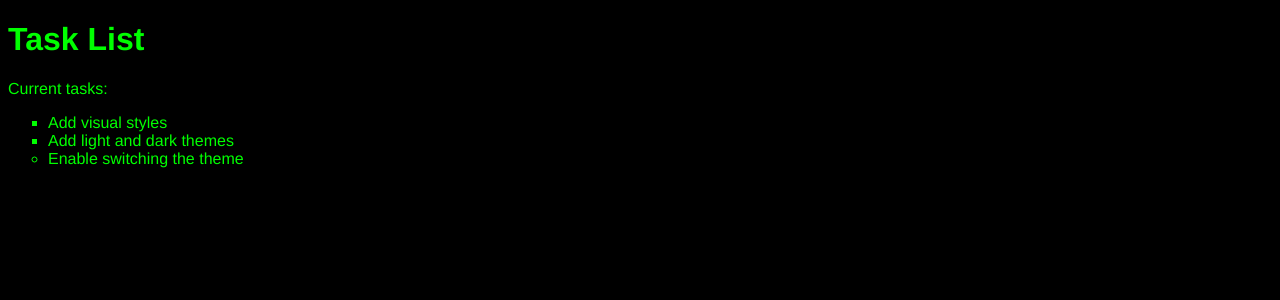
Repository: MaggieMengXingchen/Class-4
Page: index.html
These files come from the project's save history. The page is drawn as it stood at one moment and after the next save; the edit follows.
The browser window is 1280 px wide. The pictures show the whole page.

Above is the page before, as saved 2024-02-14 13:48:01.

### index.html
<!DOCTYPE html>
<html lang="en">
<head>
    <meta charset="UTF-8">
    <meta name="viewport" content="width=device-width, initial-scale=1.0">
    <title>Document</title>
    <Link rel="stylesheet" href="main.css">
</head>
<body class="dark-theme">
    <h1>Task List</h1>
    <p id="msg">Current tasks:</p>
    <ul>
    <li class="list">Add visual styles</li>
    <li class="list">Add light and dark themes</li>
    <li>Enable switching the theme</li>
</ul>
</body>
</html>

### main.css
:root {
--green: #00FF00;
--white: #FFFFFF;
--black: #000000;
}
body {
background: var(--bg);
color: var(--fontColor);
font-family: helvetica;
}
/*将所有无序列表（<ul>标签）的字体设置为Helvetica字体*/
li {
list-style: circle;
}
.list {
list-style: square;
}
.light-theme {
--bg: var(--green);
--fontColor: var(--black);
}
.dark-theme {
--bg: var(--black);
--fontColor: var(--green);
}

After the next save:
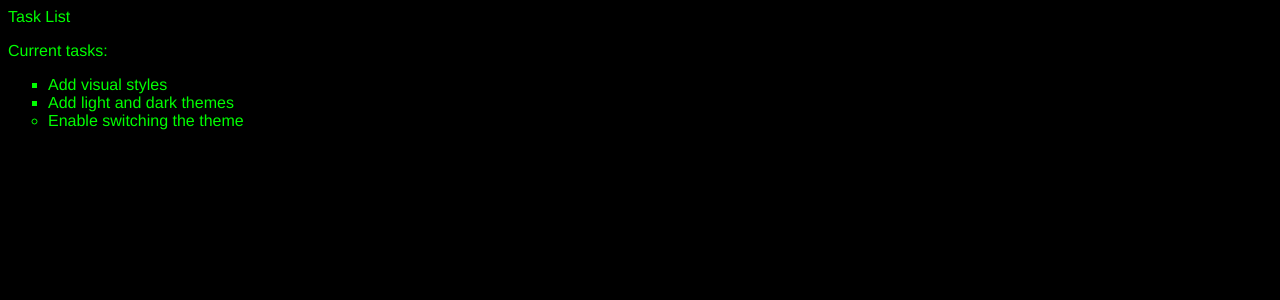
Saved 18 s later.
--- a/index.html
+++ b/index.html
@@ -6,7 +6,7 @@
     <title>Document</title>
     <Link rel="stylesheet" href="main.css">
 </head>
-<body class="dark-theme">
+<body class="dark-theme"><!
     <h1>Task List</h1>
     <p id="msg">Current tasks:</p>
     <ul>

After the save that followed:
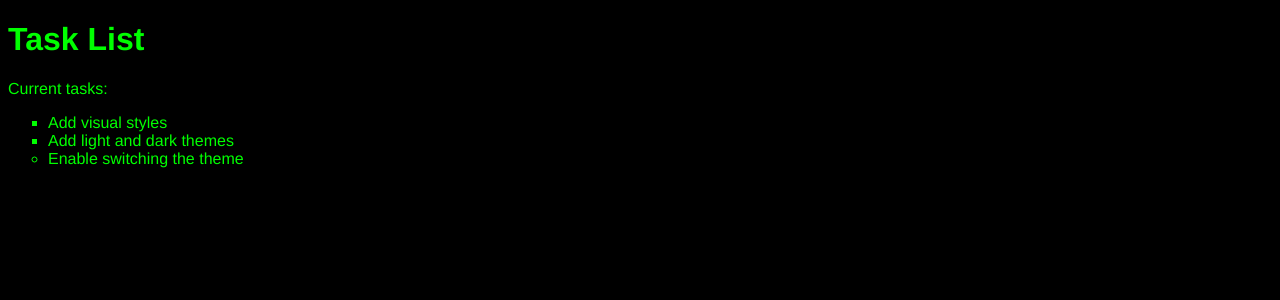
Saved 8 s later.
--- a/index.html
+++ b/index.html
@@ -6,7 +6,7 @@
     <title>Document</title>
     <Link rel="stylesheet" href="main.css">
 </head>
-<body class="dark-theme"><!
+<body class="dark-theme"><!-- Add the class name here -->
     <h1>Task List</h1>
     <p id="msg">Current tasks:</p>
     <ul>
